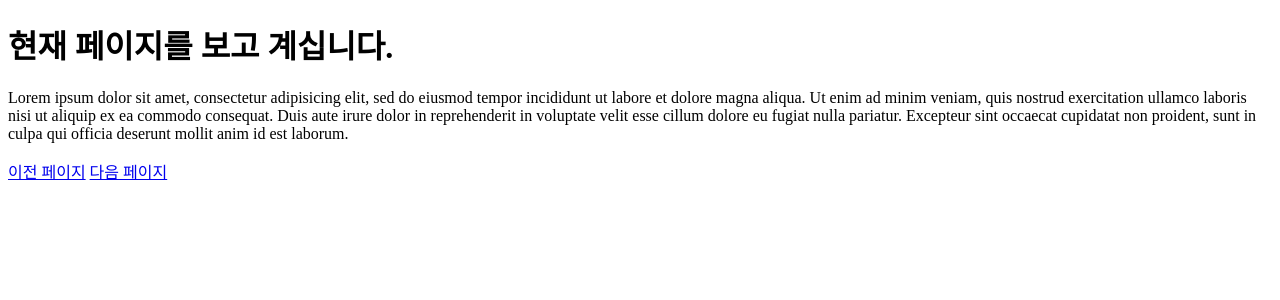
Repository: mickey530/spring_practice
Page: http://localhost/SpringBasic/WEB-INF/views/page.jsp
These files come from the project's save history. The page is drawn as it stood at one moment and after the next save; the edit follows.
The browser window is 1280 px wide. The pictures show the whole page.
The page is served by Tomcat 9. Nobody is signed in. The template is opened directly, without the code that normally fills it, so the values that code supplies are empty.

Above is the page before, as saved 2022-03-31 02:07:38.

After the next save:
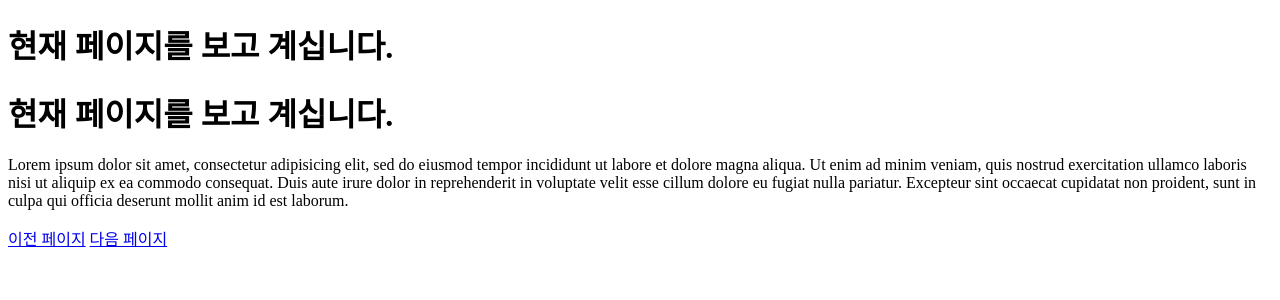
Saved 14 s later.
--- a/SpringBasic/src/main/webapp/WEB-INF/views/page.jsp
+++ b/SpringBasic/src/main/webapp/WEB-INF/views/page.jsp
@@ -8,6 +8,7 @@
 </head>
 <body>
 <h1>현재 ${page}페이지를 보고 계십니다.</h1>
+<h1>현재 ${page}페이지를 보고 계십니다.</h1>
 <p>
 Lorem ipsum dolor sit amet, consectetur adipisicing elit, sed do eiusmod tempor incididunt ut labore et dolore magna aliqua. Ut enim ad minim veniam, quis nostrud exercitation ullamco laboris nisi ut aliquip ex ea commodo consequat. Duis aute irure dolor in reprehenderit in voluptate velit esse cillum dolore eu fugiat nulla pariatur. Excepteur sint occaecat cupidatat non proident, sunt in culpa qui officia deserunt mollit anim id est laborum.
 </p>
